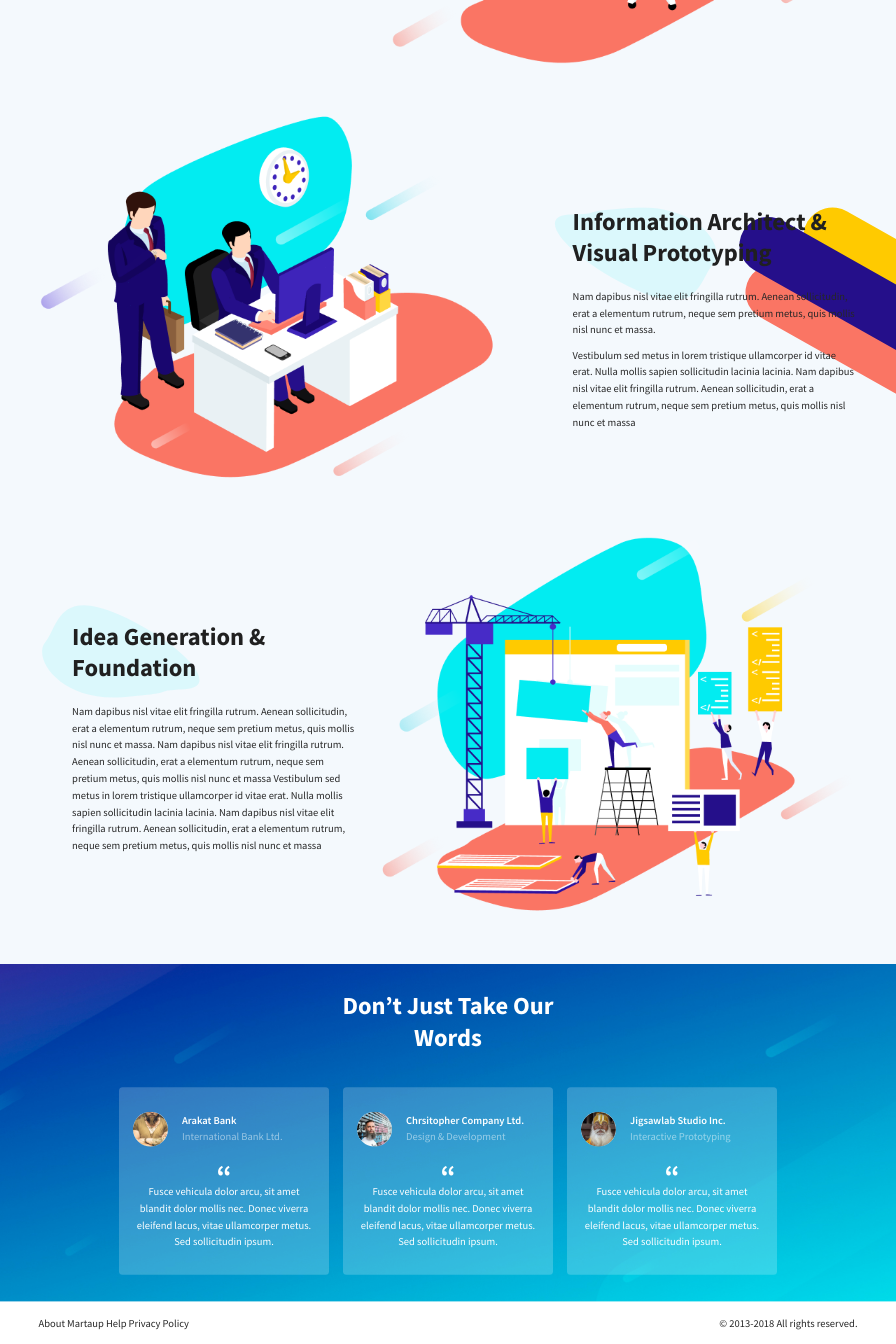
Repository: advert31337/marafon_from0to1_MartaUP
Page: index.html
These files come from the project's save history. The page is drawn as it stood at one moment and after the next save; the edit follows.
The browser window is 1280 px wide. The pictures show the part of the page from y = 1863 to 3783 px (the page is 3783 px tall), at 70% of full size.

Above is the page before, as saved 2020-03-08 11:59:22.

After the next save:
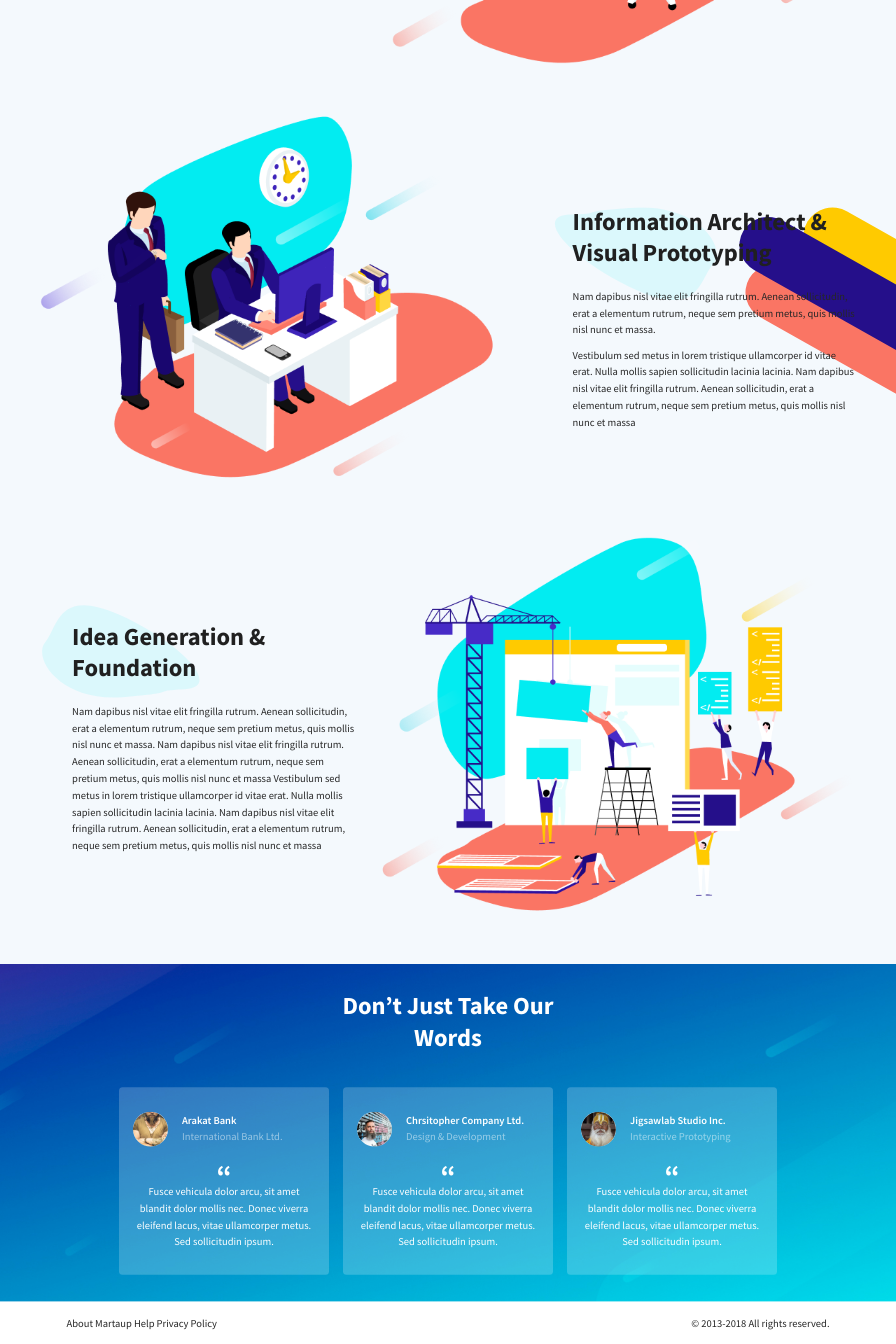
Saved 49 s later.
--- a/css/style.css
+++ b/css/style.css
@@ -302,8 +302,8 @@
     justify-content: space-between;
     align-items: center;
     height: 61px;
-    color: #272727
-
+    color: #272727;
+    padding: 0 40px;
 }
 .footer__link {
 
